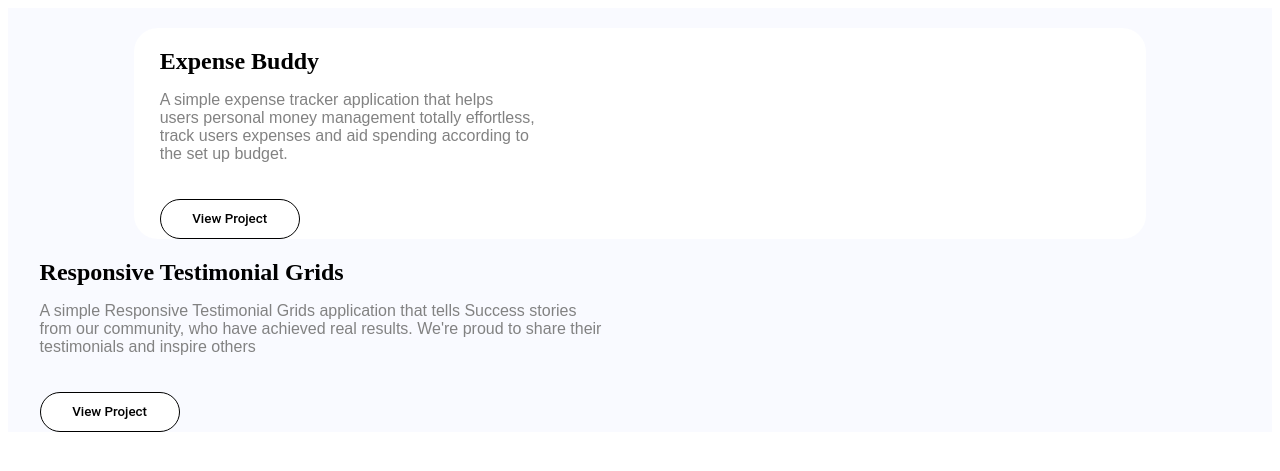
Repository: adehope1/My_Portfoilo
Page: port/assest/index2.html
The author's editor kept a copy of each file at every save. The page is drawn from the files as they stood at one save, then again after a run of saves.
The browser window is 1280 px wide. The pictures show the whole page.

Above is the page before, as saved 2024-09-01 22:35:29.

### port/assest/index2.html
<!DOCTYPE html>
<html lang="en">
<head>
    <meta charset="UTF-8">
    <meta name="viewport" content="width=device-width, initial-scale=1.0">
    <link rel="stylesheet" href="./index2.css">
    <title>Document</title>
</head>
<body>
    <div class="general">
        <div class="proCont">
            <div class="cnt1">
                <div class="nameP">
                    <div class="textHome">
                        <h2 id="exp">Expense Buddy</h2>
                        <p id="expe">
                            A simple expense tracker application that helps <br>
                            users personal money management totally effortless,<br>
                            track users expenses and aid spending according to <br> the set up budget.
                        </p>
                        <a href="https://cybogsail.000webhostapp.com/"><button type="button" id="btn3">View
                                Project</button></a>

                    </div>

                </div>
            </div>
        </div>
        <div class="proCont11">
            <div class="ctn12">
                <div class="nameP1">
                    <div class="textHome1">
                        <h2 id="exp1">Responsive Testimonial Grids</h2>
                        <p id="expe1"> A simple Responsive Testimonial Grids application that tells Success stories from our community, who have achieved real results. We're proud to share their testimonials and inspire others
                        </p>
                        <a href="https://github.com/Koded247/Responsive-testimonial-grids.git"><button type="button" id="btn4">View Project</button></a>
                    </div>
                </div>
            </div>
        </div>

    </div>

</body>
</html>

### port/assest/index2.css
.proCont {
    width: 100%;
    height: 90%;
    gap: 50px;
    background-color: #F9FAFF;
    display: flex;
    justify-content: space-around;
    align-items: center;
    flex-direction: column;
}

.cnt1 {
    width: 80%;
    height: 45%;
    background-color: #FFFFFF;
    display: flex;
    flex-direction: row;
    border-radius: 24px;
    margin-top: 20px;

}

.nameP {
    width: 50%;
    height: 100%;
    display: flex;
    justify-content: center;
    align-items: center;
}

.textHome {
    width: 90%;
    height: fit-content;
    text-align: left;
}

#exp {
    font-family: "Playfair Display", serif;
    font-optical-sizing: auto;
    font-weight: 700;
    font-style: normal;
    margin-bottom: 15px;

}

#expe {
    text-align: left;
    font-family: "Nunito", sans-serif;
    font-optical-sizing: auto;
    font-weight: 400;
    font-style: normal;
    color: #828282;
    font-size: 16px;


}

#btn3 {
    width: 140px;
    height: 40px;
    border-radius: 24px;
    border: 1px solid black;
    background-color: #fff;
    font-family: "Roboto", sans-serif;
    font-weight: 500;
    font-style: normal;
    margin-top: 20px;

}

.imgP {
    width: 50%;
    height: 100%;
    background: url(./images/expense.png);
    background-size: cover;
    background-repeat: no-repeat;
    border-radius: 0px 24px 24px 0px
}

#super {
    width: 100%;
    height: 100%;
}


.cnt2 {
    width: 80%;
    height: 45%;
    background-color: #FFFFFF;
    display: flex;
    flex-direction: row;
    border-radius: 24px;

}

.nameP2 {
    width: 50%;
    height: 100%;
    display: flex;
    justify-content: center;
    align-items: center;
}

.textHome2 {
    width: 90%;
    height: fit-content;
    text-align: left;
}

.proCont11 {
    width: 100%;
    height: 90%;
    gap: 50px;
    background-color: #F9FAFF;
    display: flex;
    justify-content: space-around;
    align-items: center;
    flex-direction: column;
}

.cnt12{
    width: 80%;
    height: 45%;
    background-color: #FFFFFF;
    display: flex;
    flex-direction: row;
    border-radius: 24px;
    margin-top: 20px;

}

.nameP1 {
    width: 50%;
    height: 100%;
    display: flex;
    justify-content: center;
    align-items: center;
}

.textHome1 {
    width: 90%;
    height: fit-content;
    text-align: left;
}

#exp1 {
    font-family: "Playfair Display", serif;
    font-optical-sizing: auto;
    font-weight: 700;
    font-style: normal;
    margin-bottom: 15px;

}

#expe1 {
    text-align: left;
    font-family: "Nunito", sans-serif;
    font-optical-sizing: auto;
    font-weight: 400;
    font-style: normal;
    color: #828282;
    font-size: 16px;


}

#btn4 {
    width: 140px;
    height: 40px;
    border-radius: 24px;
    border: 1px solid black;
    background-color: #fff;
    font-family: "Roboto", sans-serif;
    font-weight: 500;
    font-style: normal;
    margin-top: 20px;

}

.imgP {
    width: 50%;
    height: 100%;
    background: url(./images/expense.png);
    background-size: cover;
    background-repeat: no-repeat;
    border-radius: 0px 24px 24px 0px
}

#super {
    width: 100%;
    height: 100%;
}


.cnt2 {
    width: 80%;
    height: 45%;
    background-color: #FFFFFF;
    display: flex;
    flex-direction: row;
    border-radius: 24px;

}

.nameP2 {
    width: 50%;
    height: 100%;
    display: flex;
    justify-content: center;
    align-items: center;
}

.textHome2 {
    width: 90%;
    height: fit-content;
    text-align: left;
}

After the next 4 saves:
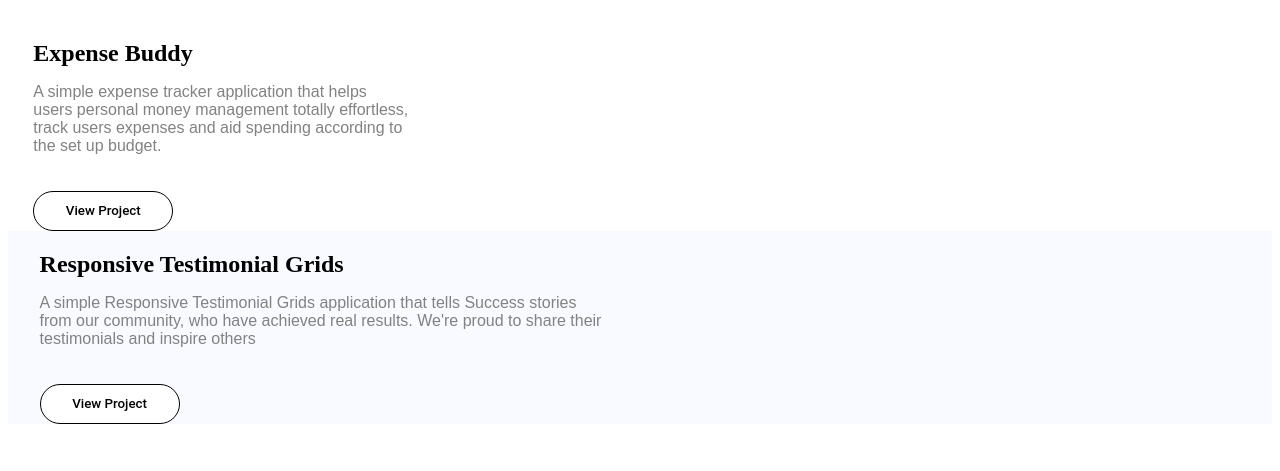
The 4 saves are shown as one change because they came seconds apart.
The last was saved 68 s later.
--- a/port/assest/index2.css
+++ b/port/assest/index2.css
@@ -1,4 +1,4 @@
-.proCont {
+.general.proCont {
     width: 100%;
     height: 90%;
     gap: 50px;

After the save that followed:
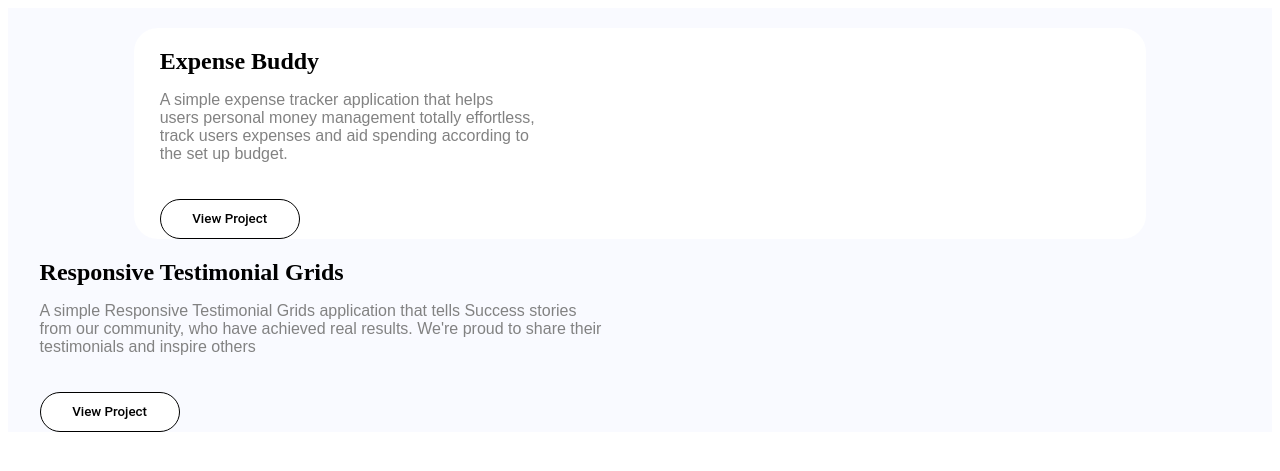
Saved 4 s later.
--- a/port/assest/index2.css
+++ b/port/assest/index2.css
@@ -1,4 +1,6 @@
-.general.proCont {
+.general{
+
+}.proCont {
     width: 100%;
     height: 90%;
     gap: 50px;
